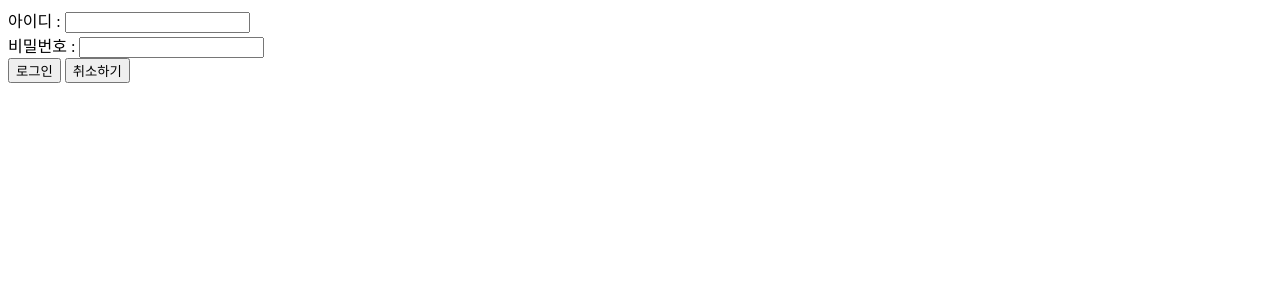
Repository: ineble/demo1
Page: http://localhost/test/hello2.jsp
These files come from the project's save history. The page is drawn as it stood at one moment and after the next save; the edit follows.
The browser window is 1280 px wide. The pictures show the whole page.
The page is served by Tomcat 10. Other server files are loaded and not shown.

Above is the page before, as saved 2022-08-03 08:36:36.

### test/src/main/webapp/hello2.jsp
<%@page import="java.time.LocalDateTime"%>
<%@ page language="java" contentType="text/html; charset=utf-8"
    pageEncoding="utf-8"%>
<%! String name = "이순신";
	public String getName() {return name;}
%>
<% String age = request.getParameter("age"); %>
<!DOCTYPE html>
<html>
<head>
<meta charset="utf-8">
<title>Insert title here</title>
<style type="text/css">
	#loginForm{
		width : 50%;
		text-align : 50px;
	}

</style>
</head>
<body>
	<div id="loginForm">
	<form action="result.jsp" method="post" name="frmLogin" enctype="utf-8">
	아이디 : <input type="text" name="user_id"> <br>
	비밀번호 : <input type="password" name="user_pw"> <br>
	<input type="submit" value="로그인">
	<input type="reset" value="취소하기">
	</form>
	</div>
</body>
</html>

After the next save:
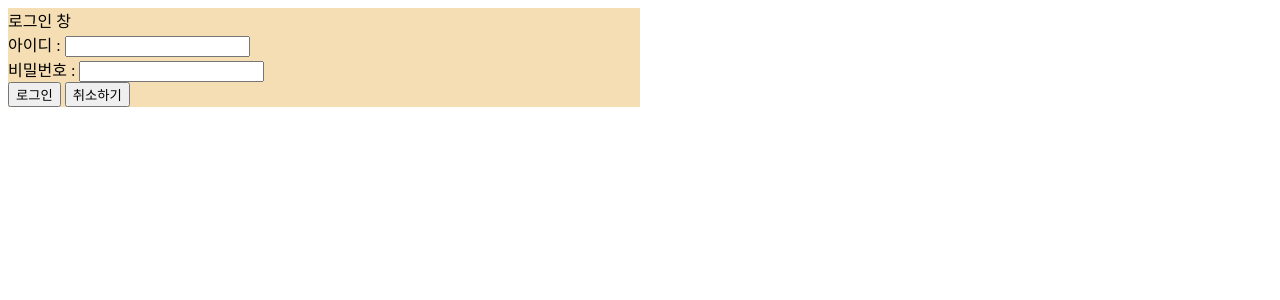
Saved 103 s later.
--- a/test/src/main/webapp/hello2.jsp
+++ b/test/src/main/webapp/hello2.jsp
@@ -14,15 +14,19 @@
 	#loginForm{
 		width : 50%;
 		text-align : 50px;
+		background-color: wheat;
+
 	}
 
 </style>
 </head>
 <body>
 	<div id="loginForm">
+	<caption>로그인 창</caption>
 	<form action="result.jsp" method="post" name="frmLogin" enctype="utf-8">
-	아이디 : <input type="text" name="user_id"> <br>
-	비밀번호 : <input type="password" name="user_pw"> <br>
+
+	아이디 : <input type="text" name="user_id" size="20"> <br>
+	비밀번호 : <input type="password" name="user_pw" size="20"> <br>
 	<input type="submit" value="로그인">
 	<input type="reset" value="취소하기">
 	</form>
